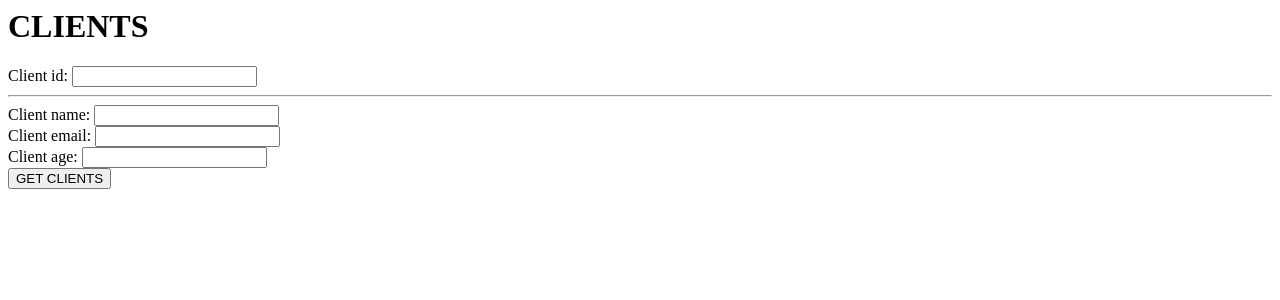
Repository: almendezl/MisionTIC
Page: index.html
These files come from the project's save history. The page is drawn as it stood at one moment and after the next save; the edit follows.
The browser window is 1280 px wide. The pictures show the whole page.

Above is the page before, as saved 2022-10-01 19:47:33.

After the next save:
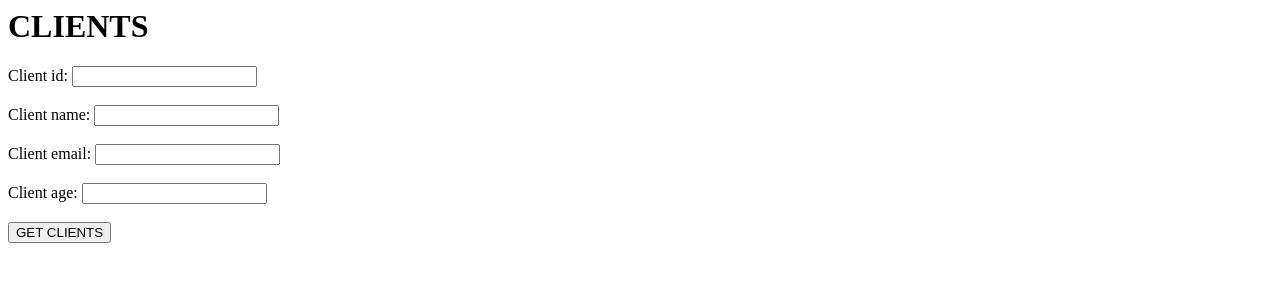
Saved 15 s later.
--- a/index.html
+++ b/index.html
@@ -12,10 +12,10 @@
 <body>
     <h1>CLIENTS</h1>
 
-    Client id: <input type="number" id="clientId"> <br> <hr>
-    Client name: <input type="text" id="clientName"><br>
-    Client email: <input type="text" id="clientEmail"><br>
-    Client age: <input type="number" id="clientAge"><br>
+    Client id: <input type="number" id="clientId"> <br> <br>
+    Client name: <input type="text" id="clientName"><br><br>
+    Client email: <input type="text" id="clientEmail"><br><br>
+    Client age: <input type="number" id="clientAge"><br><br>
 
 
     <button onclick="getClients()">GET CLIENTS</button>
